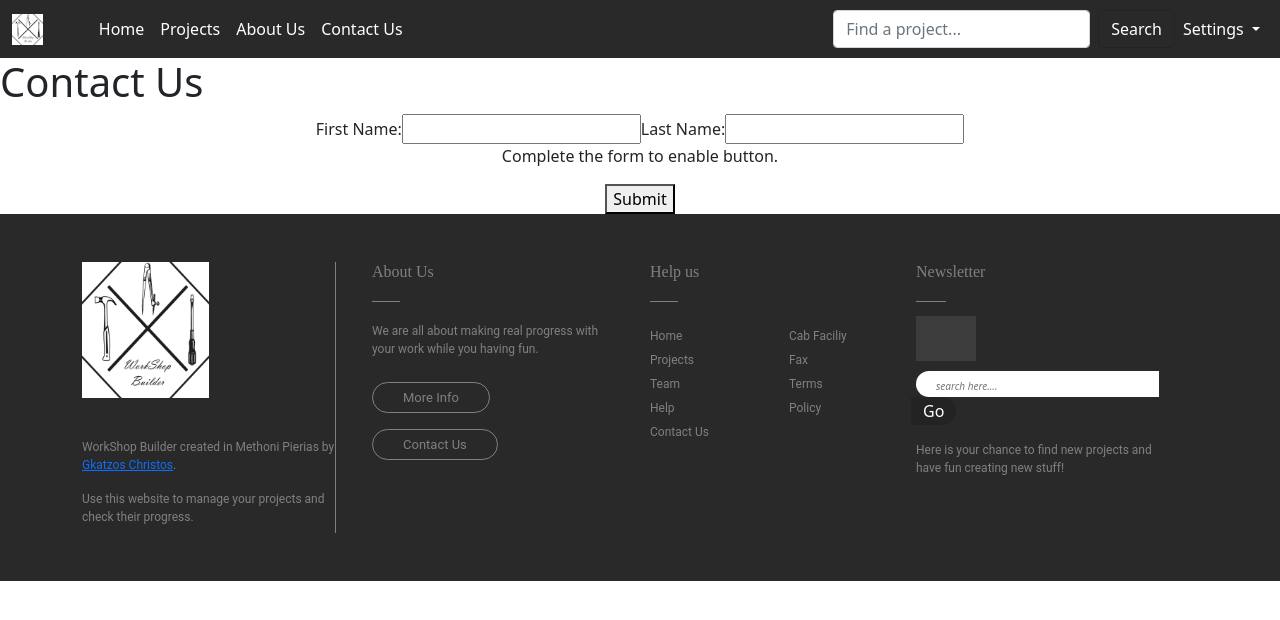
Repository: GkatzosChristos/workshop-builder-ui
Page: /contactUs (app in workshop-builder-ui/)
The author's editor kept a copy of each file at every save. The page is drawn from the files as they stood at one save, then again after the next save.
The browser window is 1280 px wide. The pictures show the whole page.
The project was rebuilt for these pictures with package versions that can differ from the ones it lists, and the page was loaded fresh each time. Also part of the build but not shown: workshop-builder-ui/angular.json, workshop-builder-ui/src/app/about-us/about-us.component.ts, workshop-builder-ui/src/app/home/home.component.ts, workshop-builder-ui/src/app/project/project.component.ts.

Above is the page before, as saved 2021-08-27 18:03:02.

### workshop-builder-ui/src/index.html
<!doctype html>
<html lang="en">
<head>
  <meta charset="utf-8">
  <title>WorkshopBuilderUI</title>
  <base href="/">
  <meta name="viewport" content="width=device-width, initial-scale=1">
  <link rel="icon" type="image/x-icon" href="favicon.ico">
</head>

<body>
  <app-root></app-root>
</body>

</html>

### workshop-builder-ui/src/app/app.module.ts
import { NgModule } from '@angular/core';
import { BrowserModule } from '@angular/platform-browser';
import { FormsModule, ReactiveFormsModule } from '@angular/forms';
import { AppRoutingModule } from './app-routing.module';
import { AppComponent } from './app.component';
import { HeaderComponent } from './header/header.component';
import { FooterComponent } from './footer/footer.component';
import { ContactUsComponent } from './contact-us/contact-us.component';
import { AboutUsComponent } from './about-us/about-us.component';
import { ProjectsComponent } from './project/project.component';
import { HomeComponent } from './home/home.component';

@NgModule({
  declarations: [
    AppComponent,
    HeaderComponent,
    FooterComponent,
    ContactUsComponent,
    AboutUsComponent,
    ProjectsComponent,
    HomeComponent
  ],
  imports: [
    BrowserModule,
    AppRoutingModule,
    FormsModule,
    ReactiveFormsModule
  ],
  providers: [],
  bootstrap: [AppComponent]
})
export class AppModule { }

### workshop-builder-ui/src/app/app-routing.module.ts
import { NgModule } from '@angular/core';
import { RouterModule, Routes } from '@angular/router';
import { AboutUsComponent } from './about-us/about-us.component';
import { ContactUsComponent } from './contact-us/contact-us.component';
import { HomeComponent } from './home/home.component';
import { ProjectsComponent } from './project/project.component';

const routes: Routes = [
  {
    path: '',
    component: HomeComponent
  },
  {
    path: 'contactUs',
    component: ContactUsComponent
  },
  {
    path: 'aboutUs',
    component: AboutUsComponent
  },
  {
    path: 'project',
    component: ProjectsComponent
  },
];

@NgModule({
  imports: [RouterModule.forRoot(routes)],
  exports: [RouterModule]
})
export class AppRoutingModule { }

### workshop-builder-ui/src/app/app.component.ts
import { Component } from '@angular/core';

@Component({
  selector: 'app-root',
  templateUrl: './app.component.html',
  styleUrls: ['./app.component.scss']
})
export class AppComponent {
  title = 'workshop-builder-ui';
}

### workshop-builder-ui/src/app/contact-us/contact-us.component.ts
import { Component, OnInit } from '@angular/core';
import { FormGroup, FormControl } from '@angular/forms';

@Component({
  selector: 'app-contact-us',
  templateUrl: 'contact-us.html',
  styleUrls: ['./contact-us.scss']
})
export class ContactUsComponent implements OnInit {

  contactUsForm = new FormGroup({
    firstName: new FormControl(''),
    lastName: new FormControl(''),
    });

  constructor() { }

  ngOnInit(): void {
  }

  submitForm(){
    console.warn(this.contactUsForm.value);
  }

  onReset(){
    location.reload();
  }

}

### workshop-builder-ui/src/app/header/header.component.html
<head>
    <title>header</title>
    <meta charset="utf-8">
</head>
<header>
    <nav class="navbar navbar-expand-lg">
        <div class="container-fluid">
            <a class="navbar-brand" routerLink="/">
                <img src="/assets/images/workshop_logo.jpg" alt="WorkShop Builder">
            </a>
            <div id="navbarNavDropdown" class="collapse navbar-collapse">
                <ul class="navbar-nav me-auto my-2 my-lg-0 navbar-nav-scroll" style="--bs-scroll-height: 100px;">
                    <li class="nav-item">
                        <a class="nav-link text-white" routerLink="/">Home</a>
                    </li>
                    <li class="nav-item">
                        <a class="nav-link text-white" routerLink="/project">Projects</a>
                    </li>
                    <li class="nav-item">
                        <a class="nav-link text-white" routerLink="/aboutUs">About Us</a>
                    </li>
                    <li class="nav-item">
                        <a class="nav-link text-white" routerLink="/contactUs">Contact Us</a>
                    </li>
                </ul>
                <form class="d-flex">
                    <input class="form-control me-2" type="text" placeholder="Find a project...">
                    <a class="btn btn-outline-dark text-white">Search</a>
                </form>
                <ul class="navbar-nav" style="--bs-scroll-height: 100px;">
                    <li class="nav-item dropdown">
                        <a class="nav-link dropdown-toggle text-white" href="#" id="navbarScrollingDropdown"
                            role="button" data-bs-toggle="dropdown" aria-expanded="false">
                            Settings
                        </a>
                        <ul class="dropdown-menu" aria-labelledby="navbarScrollingDropdown">
                            <li><a class="dropdown-item text-white" href="#">Sign in</a></li>
                            <li><a class="dropdown-item text-white" href="#">Sign up</a></li>
                            <li>
                                <hr class="dropdown-divider">
                            </li>
                            <li><a class="dropdown-item text-white" href="#">Report an issue</a></li>
                        </ul>
                    </li>
                </ul>
            </div>
        </div>
    </nav>
</header>

### workshop-builder-ui/src/app/header/header.component.scss
.navbar-brand {
    height: 5%;
    width: 5%;
}

img {
    height: 50%;
    width: 50%;
}

nav {
    background: #292929;
}

### workshop-builder-ui/src/app/footer/footer.component.html
<head>
    <title>Footer</title>
    <meta charset="utf-8">
</head>
<footer class="container-fluid bg-grey py-5">
    <div class="container">
        <div class="row me-3">
            <div class="col-md-6">
                <div class="row">
                    <div class="col-md-6 ">
                        <div class="logo-part">
                            <img src="/assets/images/workshop_logo.jpg" class="logo-footer">
                            <p>WorkShop Builder created in Methoni Pierias by <a
                                    href="https://www.linkedin.com/in/christos-gkatzos/">Gkatzos Christos</a>.</p>
                            <p>Use this website to manage your projects and check their progress.</p>
                        </div>
                    </div>
                    <div class="col-md-6 px-4">
                        <h6> About Us</h6>
                        <p>We are all about making real progress with your work while you having fun.</p>
                        <a routerLink="#" class="btn-footer"> More Info </a><br>
                        <a routerLink="#" class="btn-footer"> Contact Us</a>
                    </div>
                </div>
            </div>
            <div class="col-md-6">
                <div class="row">
                    <div class="col-md-6 px-4">
                        <h6> Help us</h6>
                        <div class="row ">
                            <div class="col-md-6">
                                <ul>
                                    <li> <a routerLink="/"> Home</a> </li>
                                    <li> <a routerLink="/project"> Projects</a> </li>
                                    <li> <a routerLink="#"> Team</a> </li>
                                    <li> <a routerLink="#"> Help</a> </li>
                                    <li> <a routerLink="/ContactUs"> Contact Us</a> </li>
                                </ul>
                            </div>
                            <div class="col-md-6 px-4">
                                <ul>
                                    <li> <a href="#"> Cab Faciliy</a> </li>
                                    <li> <a href="#"> Fax</a> </li>
                                    <li> <a href="#"> Terms</a> </li>
                                    <li> <a href="#"> Policy</a> </li>
                                </ul>
                            </div>
                        </div>
                    </div>
                    <div class="col-md-6 ">
                        <h6> Newsletter</h6>
                        <div class="social">
                            <a href="#"><i class="fa fa-facebook mr-1" aria-hidden="true"></i></a>
                            <a href="#"><i class="fa fa-instagram" aria-hidden="true"></i></a>
                        </div>
                        <form class="form-footer my-3">
                            <input type="text" placeholder="search here...." name="search">
                            <input type="button" value="Go">
                        </form>
                        <p>Here is your chance to find new projects and have fun creating new stuff!</p>
                    </div>
                </div>
            </div>
        </div>
    </div>
</footer>

### workshop-builder-ui/src/app/footer/footer.component.scss
body {
    font-family: 'Signika', sans-serif;
 }
 .bg-grey {
    background: #292929;
 }
 .logo-footer {
    height: 50%;
    width: 50%;
    margin-bottom: 40px;
 }
 footer {
    color: grey;
 }
 footer p, a {
    font-size: 12px;
    font-family: 'Roboto', sans-serif;
}
footer h6 {
    font-family: 'Playfair Display', serif;
    margin-bottom: 40px;
    position: relative;
}
footer h6:after {
    position: absolute;
    content: "";
    background: grey;
    width: 12%;
    height: 1px;
    left: 0;
    bottom: -20px;
}
.btn-footer {
    color: grey;
    text-decoration: none;
    border: 1px solid;
    border-radius: 43px;
    font-size: 13px;
    padding: 7px 30px;
    line-height: 47px;
 }

 .btn-footer:hover {
    text-decoration: none;
 }

.form-footer input[type="text"] {
    border: none;
    border-radius: 16px 0 0 16px;
    outline: none;
    padding-left: 10px;
}

::placeholder {
    font-size: 10px;
    padding-left: 10px;
    font-style: italic;
}

.form-footer input[type="button"] {
    border: none;
    background:#232323;
    margin-left: -5px;
    color: #fff;
    outline: none;
    border-radius: 0 16px 16px 0;
    padding: 2px 12px;
}

.social .fa {
    color: grey;
    font-size: 22px;
    padding: 10px 15px;
    background: #3c3c3c;
}

footer ul li {
    list-style: none;
    display: block;
}

footer ul  {
    padding-left: 0;
}
footer ul  li a{
    text-decoration: none;
    color: grey;
    text-decoration:none;
}

a:hover {
    text-decoration: none;
    color: #f5f5f5 !important;
}

.logo-part {
    border-right: 1px solid grey;
    height: 100%;
}

img {
    height: 20%;
    width: 20%;
}

### workshop-builder-ui/src/app/contact-us/contact-us.html
<h1 class="title has-text-centered">Contact Us</h1>
<body>
  <section>
    <form [formGroup]="contactUsForm" (ngSubmit)="submitForm()">
      <label for="first-name">First Name: </label>
      <input id="first-name" type="text" formControlName="firstName">
      <label for="last-name">Last Name: </label>
      <input id="last-name" type="text" formControlName="lastName">
      <p>Complete the form to enable button.</p>
      <button type="submit" [disabled]="!contactUsForm.valid">Submit</button>
    </form>
  </section>
</body>

### workshop-builder-ui/src/app/contact-us/contact-us.scss
body {
    text-align: center;
}
form {
    display: inline-block;
}

Loaded but not shown: workshop-builder-ui/src/styles.scss (common file); workshop-builder-ui/src/main.ts (common file); workshop-builder-ui/src/environments/environment.ts (common file); workshop-builder-ui/src/app/header/header.component.ts (common file); workshop-builder-ui/src/app/footer/footer.component.ts (common file); workshop-builder-ui/src/app/app.component.html (common file); workshop-builder-ui/src/app/app.component.scss (no stored copy; drawn as an empty file); workshop-builder-ui/src/app/project/project.scss (no stored copy; drawn as an empty file)

After the next save:
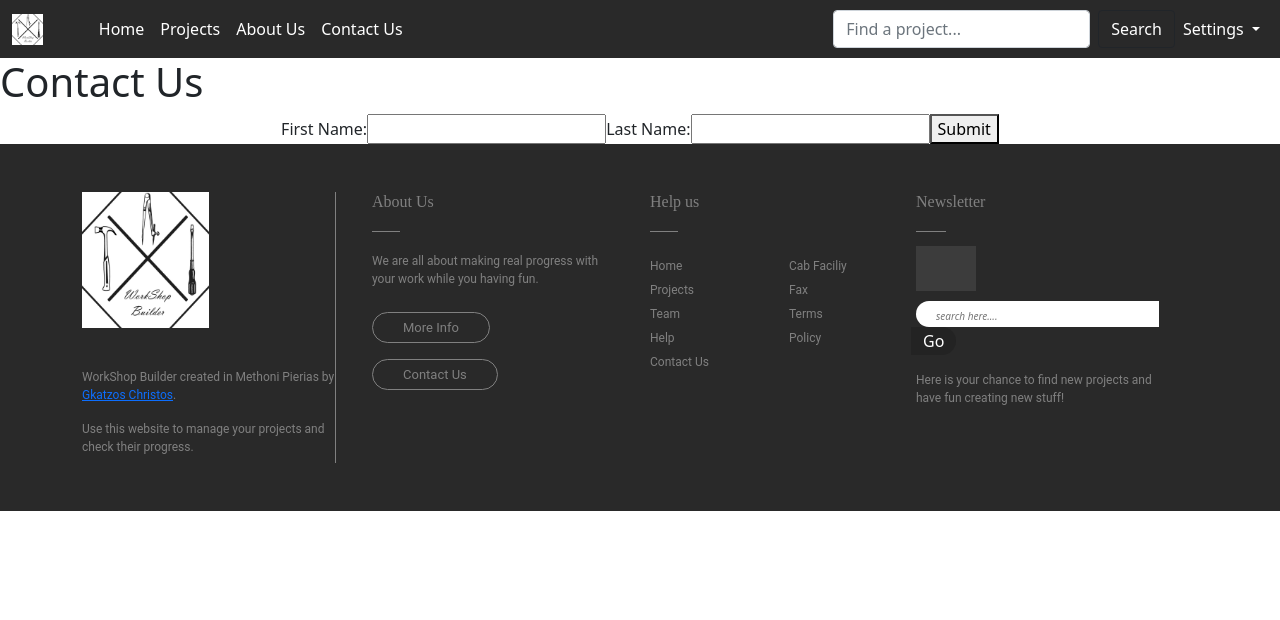
Saved 7 s later.
--- a/workshop-builder-ui/src/app/contact-us/contact-us.html
+++ b/workshop-builder-ui/src/app/contact-us/contact-us.html
@@ -6,7 +6,6 @@
       <input id="first-name" type="text" formControlName="firstName">
       <label for="last-name">Last Name: </label>
       <input id="last-name" type="text" formControlName="lastName">
-      <p>Complete the form to enable button.</p>
       <button type="submit" [disabled]="!contactUsForm.valid">Submit</button>
     </form>
   </section>
